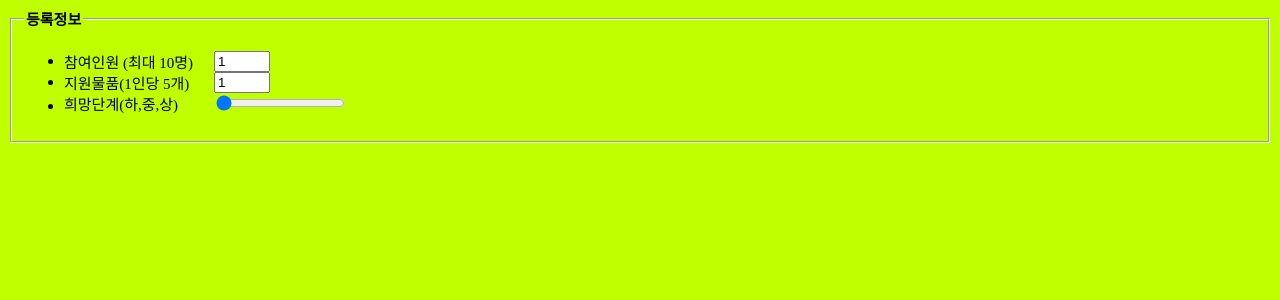
Repository: ygs3004/StudyHTML_CSS
Page: web project 01/src/main/webapp/chapter05/exam05_06.html
These files come from the project's save history. The page is drawn as it stood at one moment and after the next save; the edit follows.
The browser window is 1280 px wide. The pictures show the whole page.

Above is the page before, as saved 2022-08-05 03:59:44.

### web project 01/src/main/webapp/chapter05/exam05_06.html
<!DOCTYPE html>
<html>
<head>
<meta charset="UTF-8">
<title>Insert title here</title>
<style type="text/css">
	body{
	background-color : #bfff00;
	}

	form legend{
		font-size:15px;
		font-weight:600;
	}

	form label.reg{						/* class 적용 .class */
		font-size:15px;
		width:150px;
		float:left;
	}
</style>
</head>
<body>
	<form action="">
		<fieldset>
		<legend>등록정보</legend>
			<ul>
				<li><label class="reg" for="member">참여인원 (최대 10명)</label>
				<input type="number" id="member" value="1" min="0" max="10" step="1"></li>
				<li><label class="reg" for="stuffs">지원물품(1인당 5개)</label>
				<input type="number" id="stuffs" value="1" min="0" max="50" step="5"></li>
				<li><label class="reg" for="satis">희망단계(하,중,상)</label>
				<input type="range" id="satis" value="1" min="1" max="3"></li>
			</ul>
		</fieldset>
	</form>
</body>
</html>

After the next save:
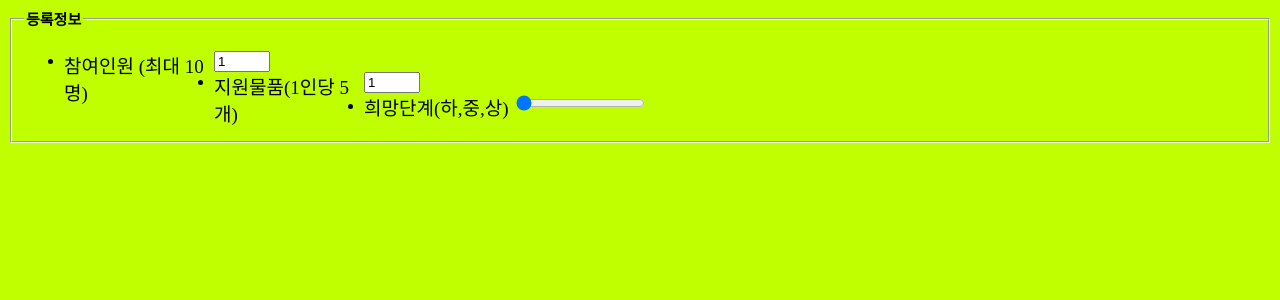
Saved 5 s later.
--- a/web project 01/src/main/webapp/chapter05/exam05_06.html
+++ b/web project 01/src/main/webapp/chapter05/exam05_06.html
@@ -14,7 +14,7 @@
 	}
 
 	form label.reg{						/* class 적용 .class */
-		font-size:15px;
+		font-size:19px;
 		width:150px;
 		float:left;
 	}
